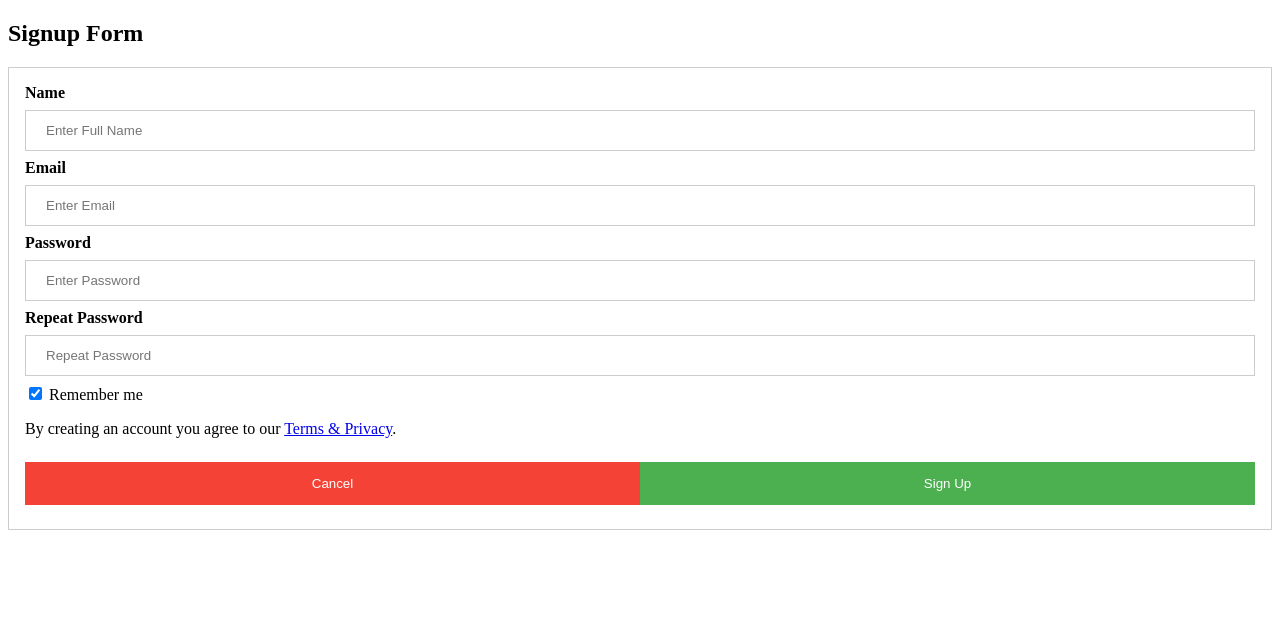
Repository: paragpatidar/LibraryManagementSystem
Page: http://localhost/LibraryManagementSystemSpring/WEB-INF/ui/SignUp.jsp
An editor plug-in stored every save of this project. The page is shown before and after the next save, followed by the edit.
The browser window is 1280 px wide. The pictures show the whole page.
The page is served by Tomcat 9. Nobody is signed in. Other server files are loaded and not shown. The template is opened directly, without the code that normally fills it, so the values that code supplies are empty.

Above is the page before, as saved 2017-11-08 04:10:16.

### LibraryManagementSystemSpring/WebContent/WEB-INF/ui/SignUp.jsp
<%@ page language="java" contentType="text/html; charset=ISO-8859-1"
    pageEncoding="ISO-8859-1"%>
<!DOCTYPE html PUBLIC "-//W3C//DTD HTML 4.01 Transitional//EN" "http://www.w3.org/TR/html4/loose.dtd">
<html>
<head>
<meta http-equiv="Content-Type" content="text/html; charset=ISO-8859-1">
<title>Insert title here</title>
<style>
/* Full-width input fields */
input[type=text], input[type=password] {
    width: 100%;
    padding: 12px 20px;
    margin: 8px 0;
    display: inline-block;
    border: 1px solid #ccc;
    box-sizing: border-box;
}

/* Set a style for all buttons */
button {
    background-color: #4CAF50;
    color: white;
    padding: 14px 20px;
    margin: 8px 0;
    border: none;
    cursor: pointer;
    width: 100%;
}

/* Extra styles for the cancel button */
.cancelbtn {
    padding: 14px 20px;
    background-color: #f44336;
}

/* Float cancel and signup buttons and add an equal width */
.cancelbtn,.signupbtn {
    float: left;
    width: 50%;
}

/* Add padding to container elements */
.container {
    padding: 16px;
}

/* Clear floats */
.clearfix::after {
    content: "";
    clear: both;
    display: table;
}

/* Change styles for cancel button and signup button on extra small screens */
@media screen and (max-width: 300px) {
    .cancelbtn, .signupbtn {
       width: 100%;
    }
}
</style>
</head>
<body>
<h2>Signup Form</h2>

<form action="/action_page.php" style="border:1px solid #ccc">
  <div class="container">
     <label><b>Name</b></label>
    <input type="text" placeholder="Enter Full Name" name="name" required>


    <label><b>Email</b></label>
    <input type="text" placeholder="Enter Email" name="email" required>

    <label><b>Password</b></label>
    <input type="password" placeholder="Enter Password" name="psw" required>

    <label><b>Repeat Password</b></label>
    <input type="password" placeholder="Repeat Password" name="psw-repeat" required>
    <input type="checkbox" checked="checked"> Remember me
    <p>By creating an account you agree to our <a href="#">Terms & Privacy</a>.</p>
    <div class="clearfix">
      <button type="button" class="cancelbtn">Cancel</button>
      <button type="submit" class="signupbtn">Sign Up</button>
    </div>
  </div>
</form>
</body>
</html>

After the next save:
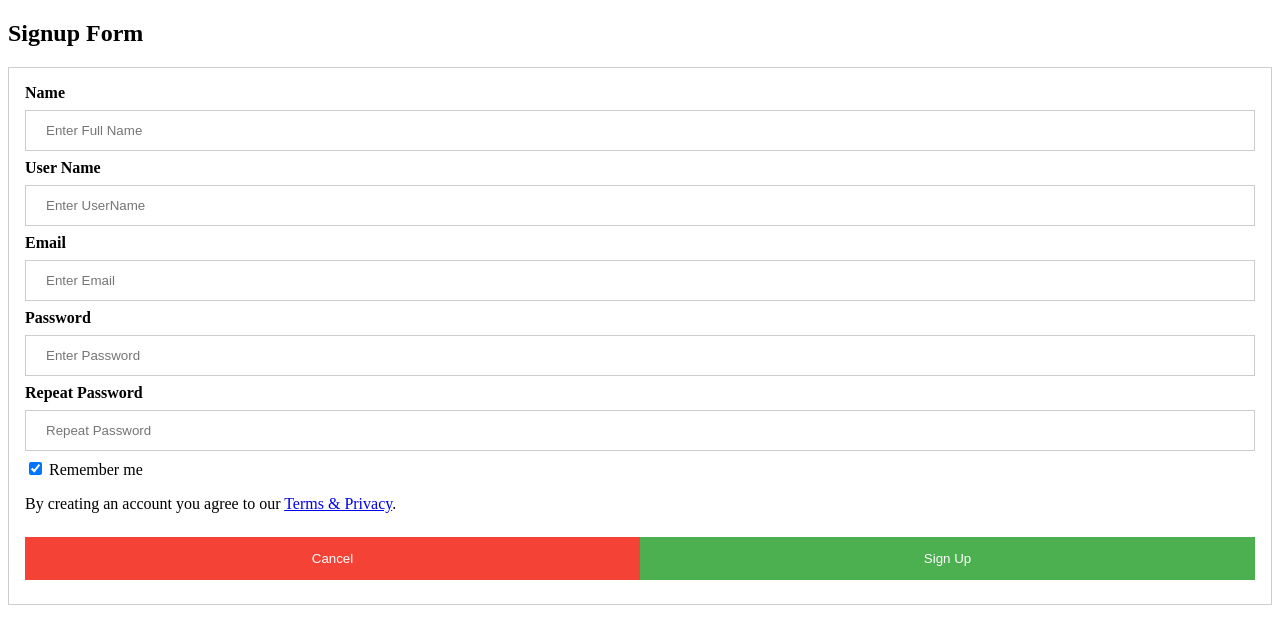
Saved 34 s later.
--- a/LibraryManagementSystemSpring/WebContent/WEB-INF/ui/SignUp.jsp
+++ b/LibraryManagementSystemSpring/WebContent/WEB-INF/ui/SignUp.jsp
@@ -67,6 +67,8 @@ button {
      <label><b>Name</b></label>
     <input type="text" placeholder="Enter Full Name" name="name" required>
 
+    <label><b>User Name</b></label>
+    <input type="text" placeholder="Enter UserName" name="userName" required>
 
     <label><b>Email</b></label>
     <input type="text" placeholder="Enter Email" name="email" required>
